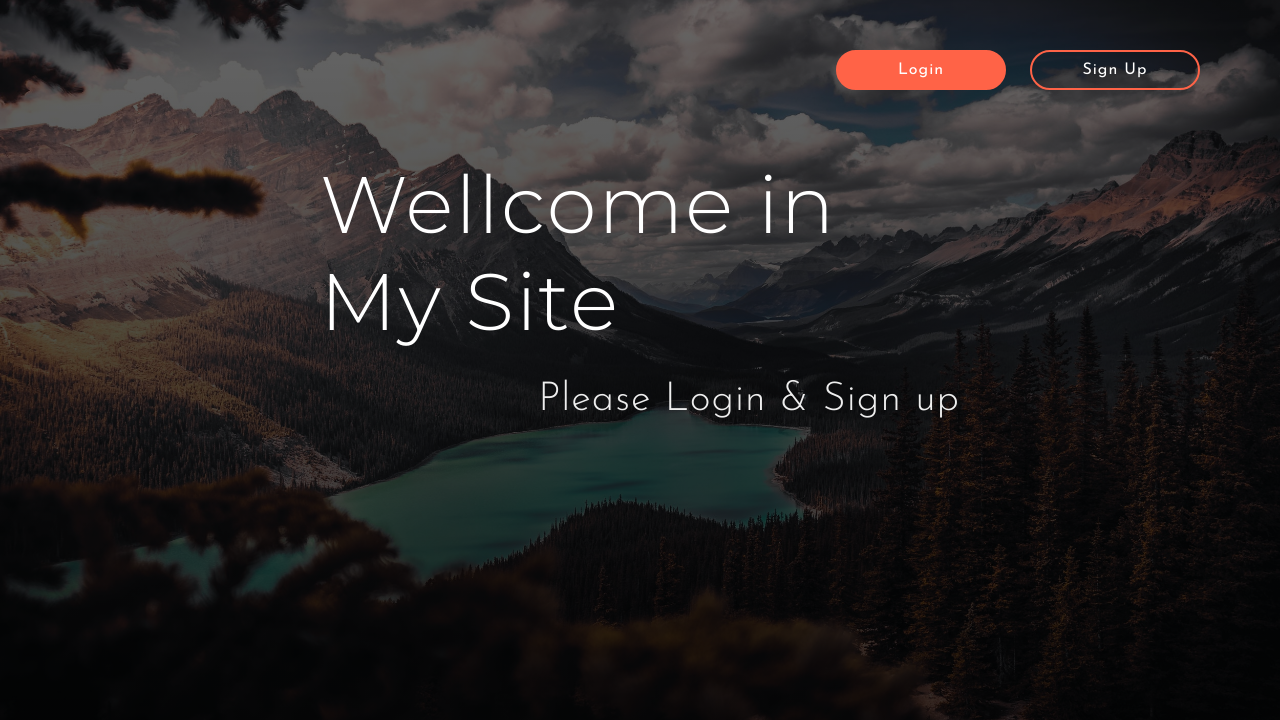
Repository: motamedipour2022/javascript_project
Page: model_form1/index.html
An editor plug-in stored every save of this project. The page is shown before and after a run of saves, followed by the edit.
The browser window is 1280 px wide. The pictures show the whole page.
Some web libraries are served in a nearby version.

Above is the page before, as saved 2022-12-20 12:14:57.

### model_form1/index.html
<!DOCTYPE html>
<html lang="en">
  <head>
    <meta charset="UTF-8" />
    <meta name="viewport" content="width=device-width, initial-scale=1.0" />
    <meta http-equiv="X-UA-Compatible" content="ie=edge" />
    <link
      rel="stylesheet"
      href="https://use.fontawesome.com/releases/v5.8.1/css/all.css"
      integrity="sha384-50oBUHEmvpQ+1lW4y57PTFmhCaXp0ML5d60M1M7uH2+nqUivzIebhndOJK28anvf"
      crossorigin="anonymous"
    />
    <link
      href="https://fonts.googleapis.com/css?family=Josefin+Sans:300,400,600|Montserrat:300,400,600"
      rel="stylesheet"
    />
    <link rel="stylesheet" href="style.css" />
    <title>Form</title>
  </head>
  <body>
    <div class="container">
      <div class="banner-text">
        <h1>Wellcome in My Site</h1>
        <p>Please Login & Sign up</p>
      </div>
      <div class="btns">
        <button class="btn login-btn">Login</button>
        <button class="btn signup-btn">Sign Up</button>
      </div>
      <div class="form-container">
        <div class="signup-form-wrapper modal">
          <div class="x-btn signup-x">
            &times;
          </div>
          <div class="form-header">
            <h1>CodeAndCreate</h1>
            <h3>Join Us</h3>
          </div>
          <form class="form">
            <div class="input-group">
              <i class="fas fa-user"></i>
              <input type="text" placeholder="Username" />
            </div>
            <div class="input-group">
              <i class="far fa-envelope"></i>
              <input type="email" placeholder="Email" />
            </div>
            <div class="input-group">
              <i class="fas fa-key"></i>
              <input type="password" placeholder="Password" />
            </div>
            <button type="button">Sign Up</button>
          </form>
        </div>
        <div class="login-form-wrapper modal">
          <div class="x-btn login-x">
            &times;
          </div>
          <div class="form-header">
            <h1>CodeAndCreate</h1>
            <h3>Login</h3>
          </div>
          <form class="form">
            <div class="input-group">
              <i class="fas fa-user"></i>
              <input type="text" placeholder="Username" />
            </div>
            <div class="input-group">
              <i class="fas fa-key"></i>
              <input type="password" placeholder="Password" />
            </div>
            <button type="button">Login</button>
          </form>
        </div>
      </div>
    </div>
    <script src="script.js"></script>
  </body>
</html>

### model_form1/style.css
* {
  margin: 0;
  padding: 0;
}

.container {
  width: 100%;
  height: 100vh;
  background: linear-gradient(rgba(0, 0, 0, 0.6), rgba(0, 0, 0, 0.8)),
    url(images/bg.jpg) center no-repeat;
  background-size: cover;
}

.banner-text {
  position: absolute;
  top: 40%;
  left: 50%;
  transform: translate(-50%, -50%);
}

.banner-text h1 {
  color: #fff;
  font-family: "Montserrat", sans-serif;
  font-size: 80px;
  font-weight: 300;
  letter-spacing: 2px;
  margin-bottom: 30px;
}

.banner-text p {
  color: #eee;
  font-family: "Josefin sans", sans-serif;
  font-size: 40px;
  font-weight: 300;
  letter-spacing: 1px;
  text-align: right;
}

.btns {
  position: absolute;
  top: 50px;
  right: 60px;
}

.btn {
  width: 170px;
  padding: 10px 15px;
  margin-right: 20px;
  border-radius: 50px;
  font-family: "Josefin Sans", sans-serif;
  font-size: 16px;
  letter-spacing: 1px;
  outline: none;
  cursor: pointer;
  color: #fff;
  border: 2px solid tomato;
  transition: transform 0.3s;
}

.login-btn {
  background-color: tomato;
}

.signup-btn {
  background-color: transparent;
}

.btn:hover {
  transform: translateY(-2px);
}

.btn:active {
  transform: translateY(0);
}

.form-container {
  position: fixed;
  background-color: rgba(0, 0, 0, 0.7);
  top: 0;
  right: 0;
  bottom: 0;
  left: 0;
  opacity: 0;
  visibility: hidden;
  transition: all 0.5s;
}

.disable {
  opacity: 1;
  visibility: visible;
}

.modal {
  width: 400px;
  background: linear-gradient(rgba(148, 42, 42, 0.8), rgba(185, 129, 129, 0.6)),
    url(images/bg.jpg) center no-repeat;
  background-size: cover;
  position: absolute;
  top: 50%;
  left: 50%;
  transform: translate(-50%, -50%);
  border-radius: 20px;
  opacity: 0;
  visibility: hidden;
  transition: all 0.5s;
}

.display {
  opacity: 1;
  visibility: visible;
}

.x-btn {
  position: absolute;
  right: 20px;
  font-size: 50px;
  color: #222;
  cursor: pointer;
}

.form-header {
  text-align: center;
  margin: 80px 0 150px 0;
  color: #fff;
}

.form-header h1 {
  font-family: "Josefin Sans", sans-serif;
  font-size: 40px;
  font-weight: 300;
  margin-bottom: 30px;
}

.form-header h3 {
  font-family: "Montserrat", sans-serif;
  font-size: 25px;
  font-weight: 300;
  text-transform: uppercase;
}

.form {
  display: flex;
  flex-direction: column;
  align-items: center;
}

.input-group {
  margin-bottom: 10px;
  position: relative;
}

.input-group input {
  width: 250px;
  padding: 15px 15px 15px 50px;
  border: none;
  outline: none;
  border-radius: 30px;
  background: rgba(0, 0, 0, 0.6);
  font-family: "Josefin Sans", sans-serif;
  font-size: 16px;
  color: #ddd;
}

.input-group i {
  position: absolute;
  top: 13px;
  left: 17px;
  font-size: 18px;
  color: #aaa;
}

.form button {
  width: 310px;
  padding: 12px;
  border: none;
  outline: none;
  border-radius: 30px;
  background-color: #d867d8;
  color: #fff;
  font-family: "Josefin Sans", sans-serif;
  font-size: 16px;
  text-transform: uppercase;
  margin: 10px 0 50px 0;
  box-shadow: 0 5px 20px rgba(0, 0, 0, 0.4);
  cursor: pointer;
  transition: all 0.3s;
}

.form button:hover {
  transform: translateY(-2px);
  box-shadow: 0 8px 25px rgba(0, 0, 0, 0.3);
}
.form button:active {
  transform: translateY(0);
}

### model_form1/script.js
const signupModal = document.querySelector(".signup-form-wrapper");
const loginModal = document.querySelector(".login-form-wrapper");
const signupBtn = document.querySelector(".signup-btn");
const loginBtn = document.querySelector(".login-btn");
const signupX = document.querySelector(".signup-x");
const loginX = document.querySelector(".login-x");
const formContainer = document.querySelector(".form-container");

signupBtn.addEventListener("click", () => {
  signupModal.classList.add("display");
  formContainer.classList.add("disable");
});

loginBtn.addEventListener("click", () => {
  loginModal.classList.add("display");
  formContainer.classList.add("disable");
});

signupX.addEventListener("click", () => {
  signupModal.classList.remove("display");
  formContainer.classList.remove("disable");
});

loginX.addEventListener("click", () => {
  loginModal.classList.remove("display");
  formContainer.classList.remove("disable");
});

After the next 3 saves:
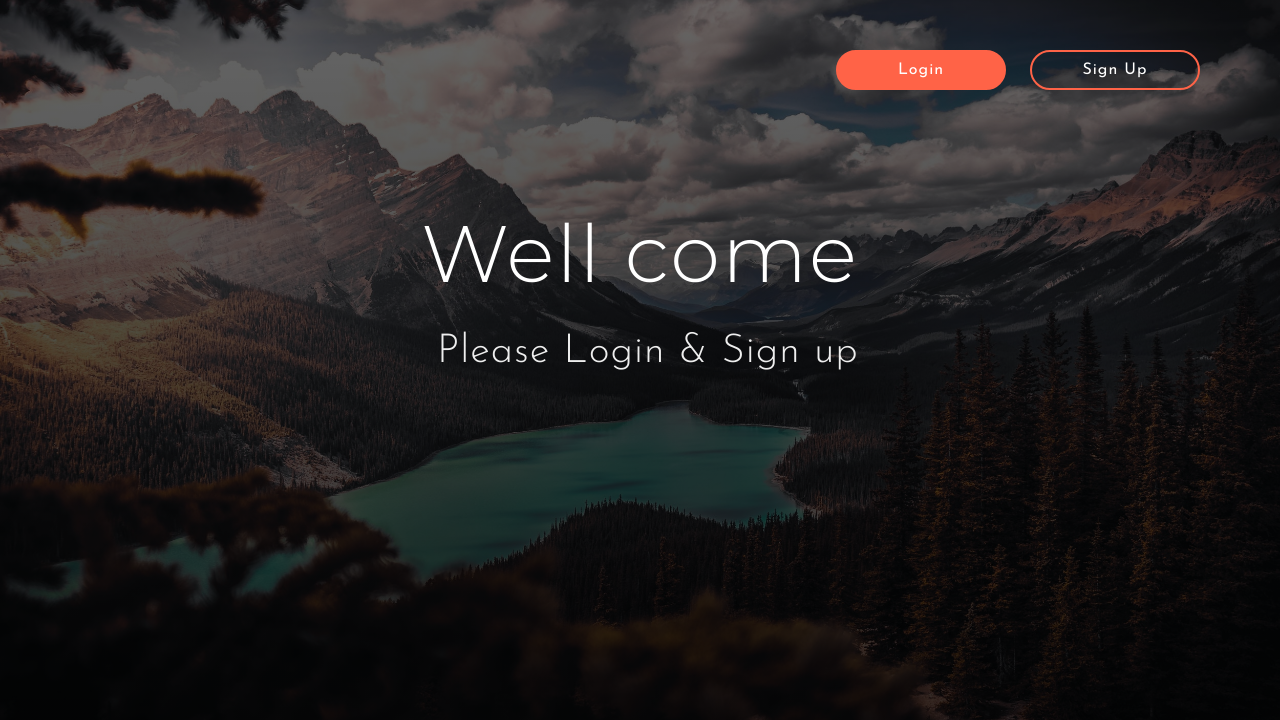
The 3 saves are shown as one change because they came seconds apart.
The last was saved 11 s later.
--- a/model_form1/index.html
+++ b/model_form1/index.html
@@ -20,7 +20,7 @@
   <body>
     <div class="container">
       <div class="banner-text">
-        <h1>Wellcome in My Site</h1>
+        <h1>Well come </h1>
         <p>Please Login & Sign up</p>
       </div>
       <div class="btns">
